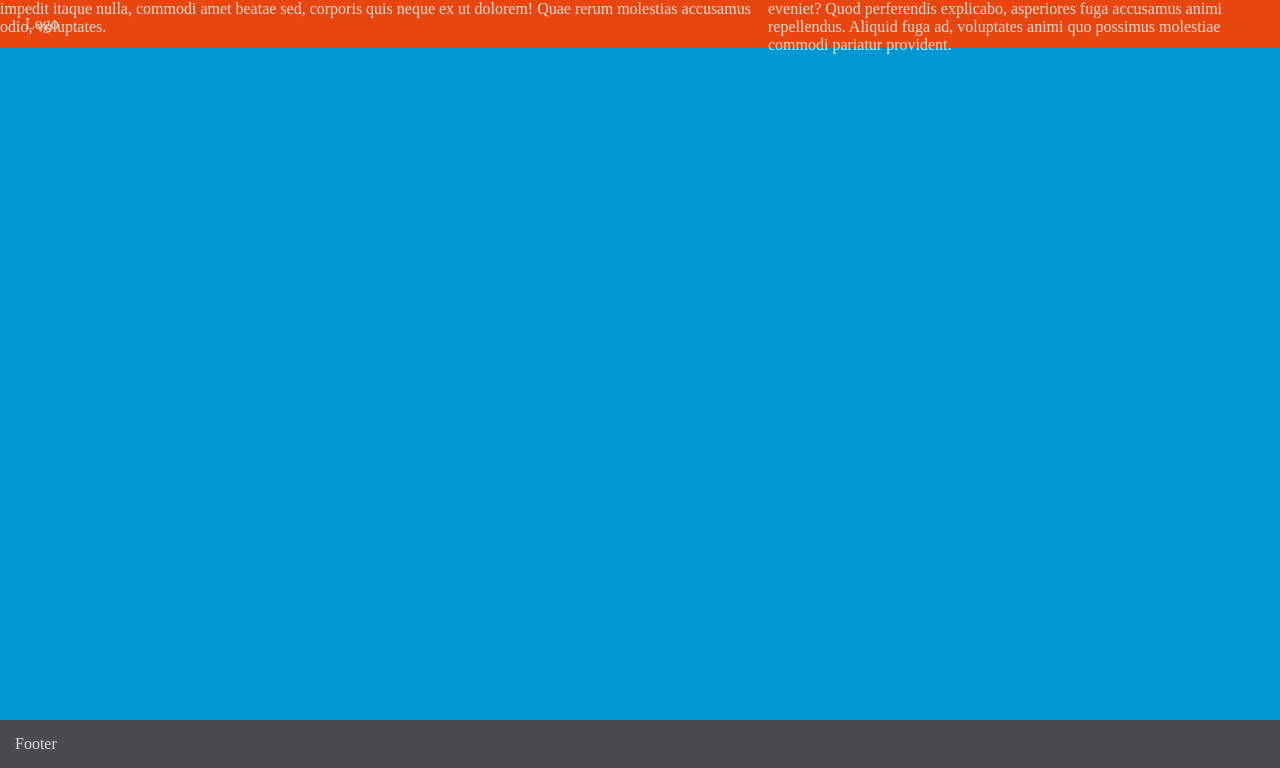
Repository: nealbrophy/CI-Responsive-Mini-Proj
Page: index.html
The author's editor kept a record of every edit. The page is drawn from the files as they stood at one moment, then again after the next edit.
The browser window is 1280 px wide. The pictures show the whole page.

Above is the page before.

After the next edit:
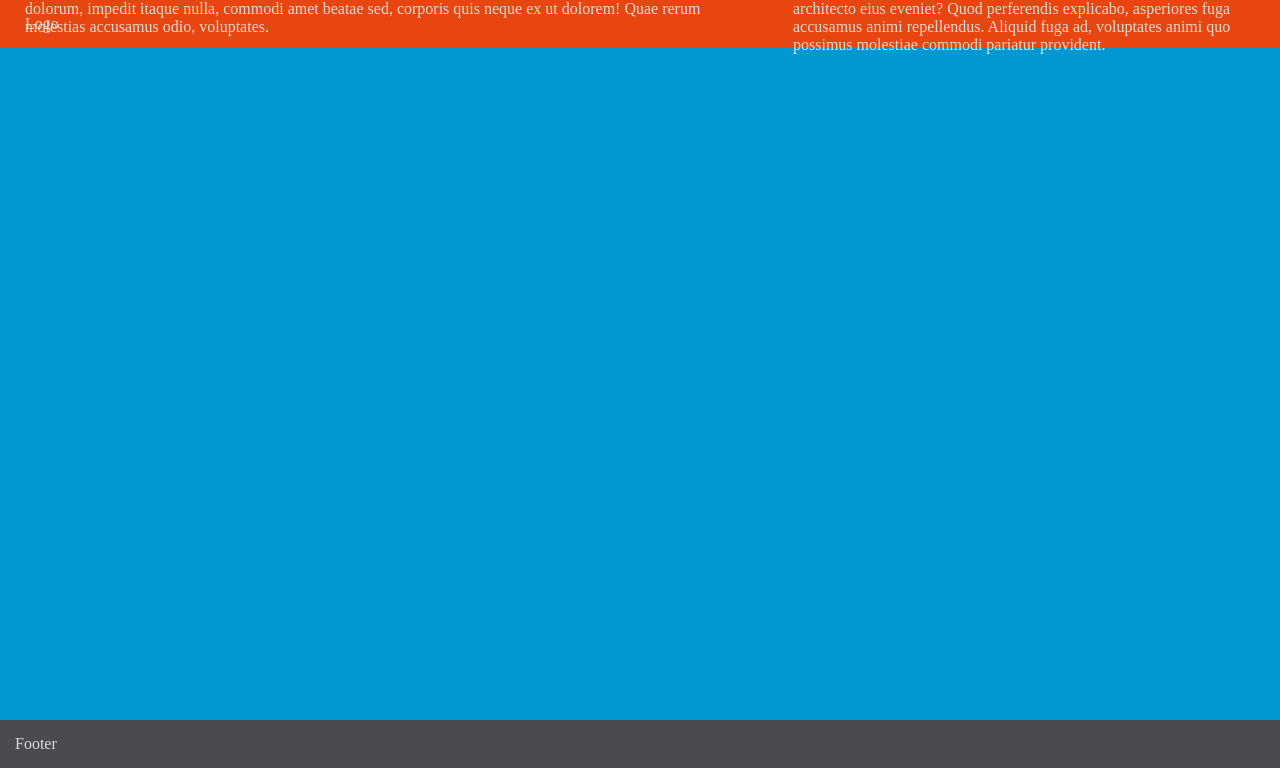
The edit:
--- a/css/style.css
+++ b/css/style.css
@@ -31,6 +31,7 @@
 
 .section-paragraph {
     font-size: 1em;
+    margin: 25px;
 }
 
 .footer {
